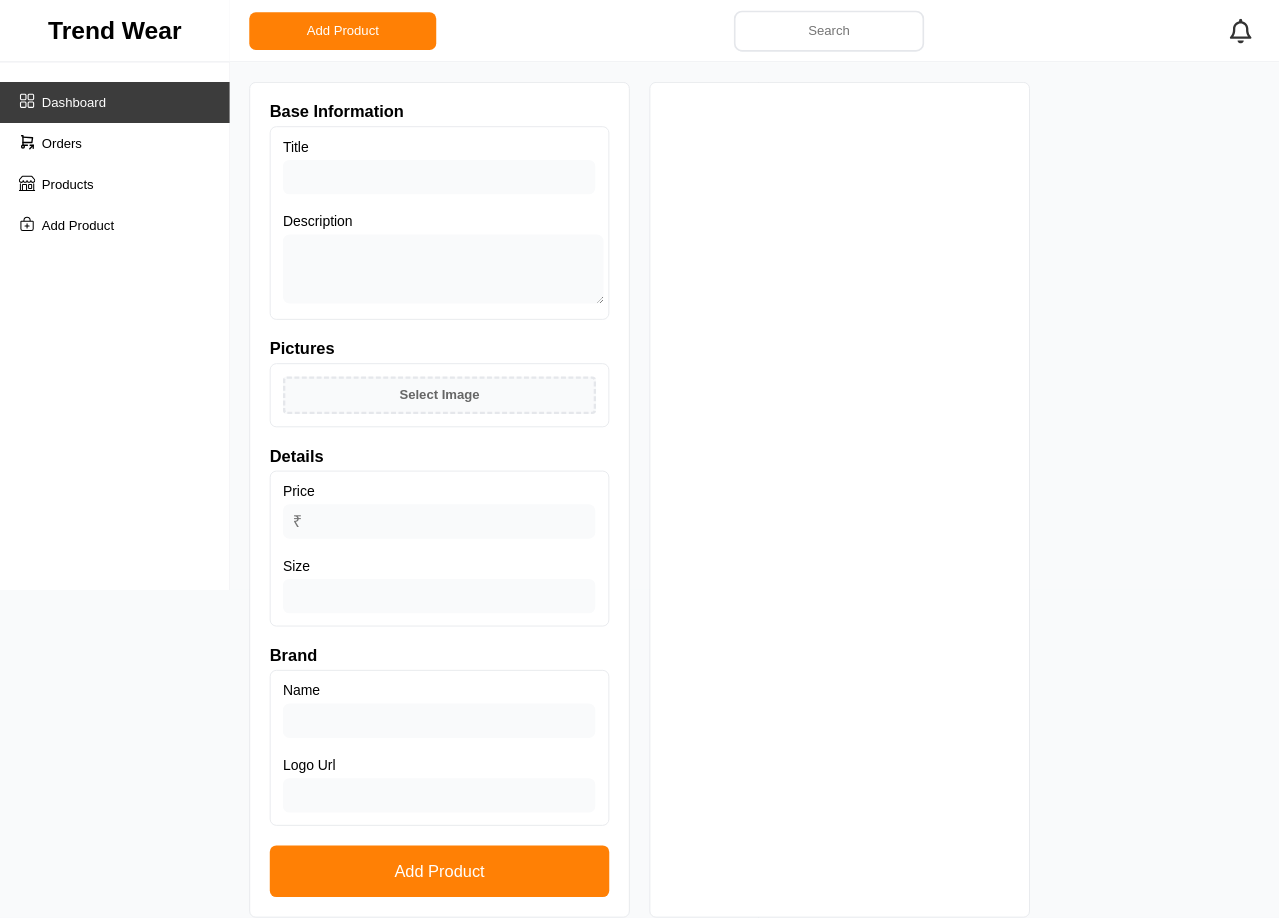
Repository: ahmad-dev7/TrendWear
Page: / (app in trend_wear_dashboard/)
These files come from the project's save history. The page is drawn as it stood at one moment and after the next save; the edit follows.
The browser window is 1280 px wide. The page is 1560 px wide, then 1280 px, so the pictures cover 1560 px, including what lies to the right of the window. The pictures show the whole page, at 82% of full size.
The project was rebuilt for these pictures with package versions that can differ from the ones it lists, and the page was loaded fresh each time. Also part of the build but not shown: trend_wear_dashboard/vite.config.ts.

Above is the page before, as saved 2025-01-20 13:39:52.

After the next save:
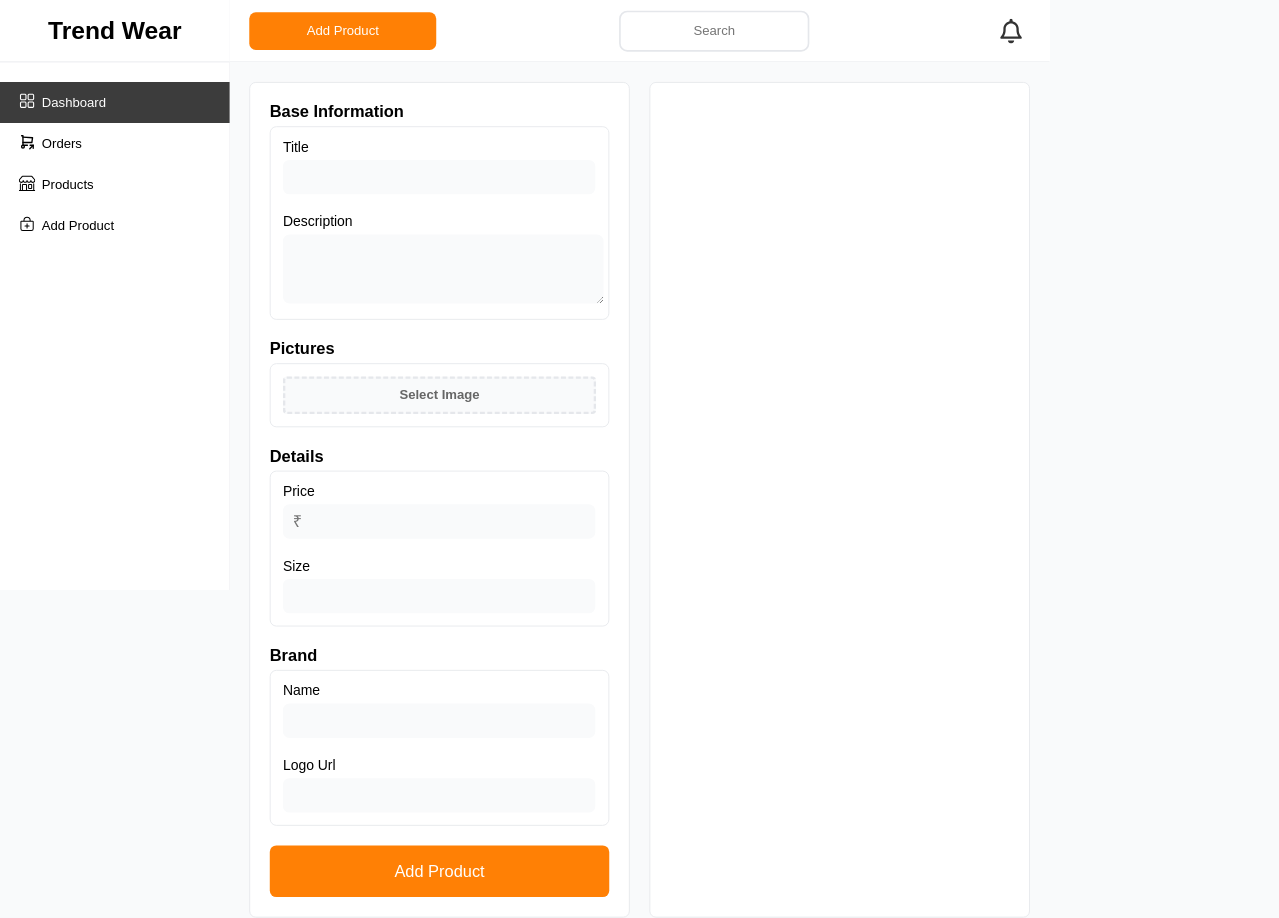
Saved 29 s later.
--- a/trend_wear_dashboard/src/Components/Navbar/Navbar.css
+++ b/trend_wear_dashboard/src/Components/Navbar/Navbar.css
@@ -5,7 +5,7 @@
     /* padding: 0 24px; */
     background-color: white;
     height: 75px;
-    width: 100%;
+    width: calc(100% - 280px);
     left: 280px;
     position: relative;
     border-bottom: 1px solid #e5e7eb;
